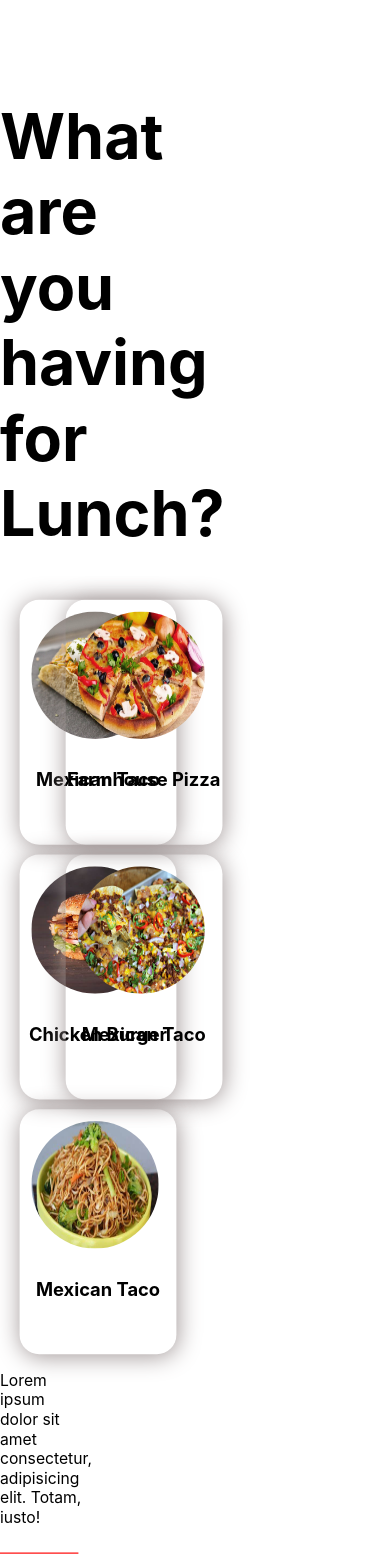
Repository: Marlstergo/assignment2
Page: /
The author's editor kept a copy of each file at every save. The page is drawn from the files as they stood at one save, then again after the next save.
The browser window is 375 px wide. The pictures show the whole page, at 98% of full size.
The project was rebuilt for these pictures with package versions that can differ from the ones it lists, and the page was loaded fresh each time.

Above is the page before, as saved 2021-07-27 15:41:16.

After the next save:
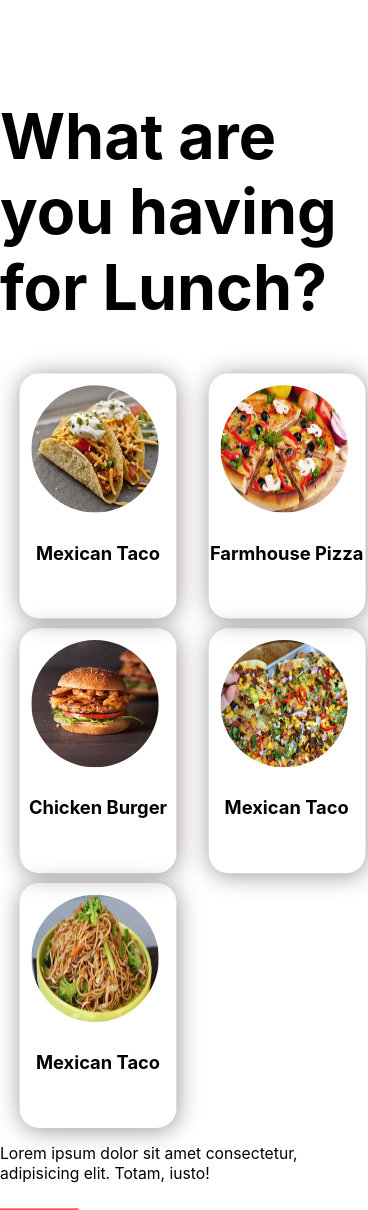
Saved 24 s later.
--- a/src/App.css
+++ b/src/App.css
@@ -175,7 +175,7 @@ img {
 
 @media screen and (max-width: 480px) {
   .main-view {
-    grid-column: span 2 / span 2;
+    grid-column: span 9 / span 9;
   }
   .sidebar {
     background-color: lightgreen;
